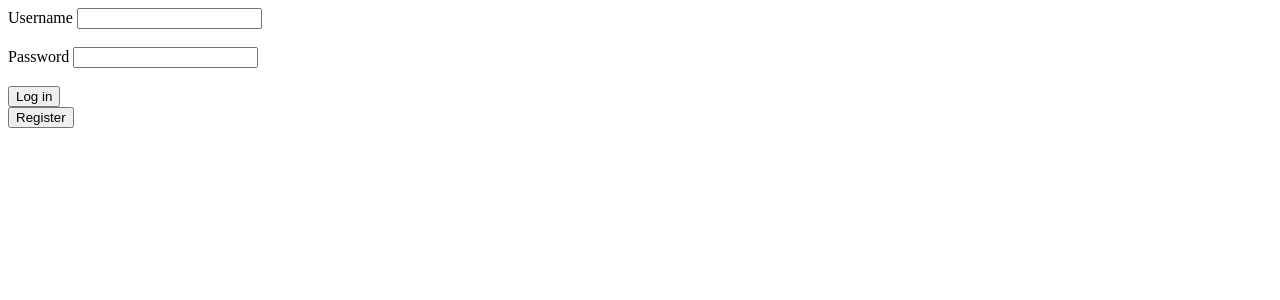
Repository: TraceMears/PerScholas
Page: http://localhost/SalahCookieExercise/Login.jsp
These files come from the project's save history. The page is drawn as it stood at one moment and after the next save; the edit follows.
The browser window is 1280 px wide. The pictures show the whole page.
The page is served by Tomcat 9.

Above is the page before, as saved 2019-10-30 06:15:57.

After the next save:
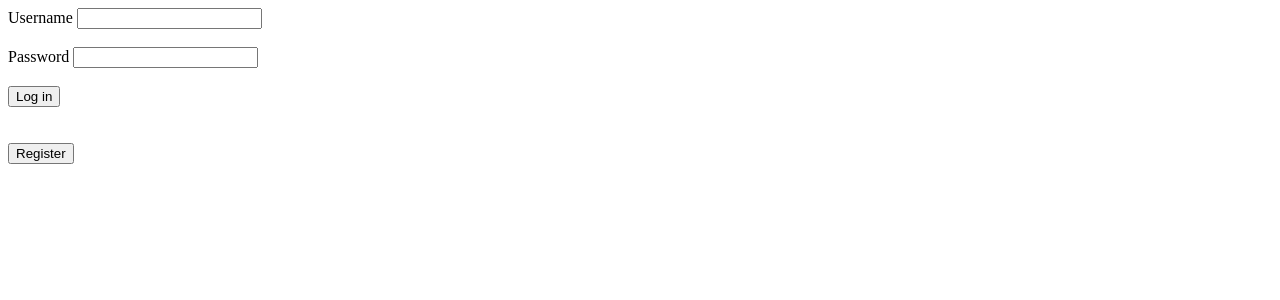
Saved 57 s later.
--- a/SalahCookieExercise/WebContent/Login.jsp
+++ b/SalahCookieExercise/WebContent/Login.jsp
@@ -18,9 +18,9 @@
 
         <input type="submit" name="submit" value="Log in">
     </form>
+    <br> <br>
+    <input type="submit" value="Register" name="register">
 
-    <input type="submit" value="Register" name="register">
-		<br> <br>
 
 </body>
 </html>
